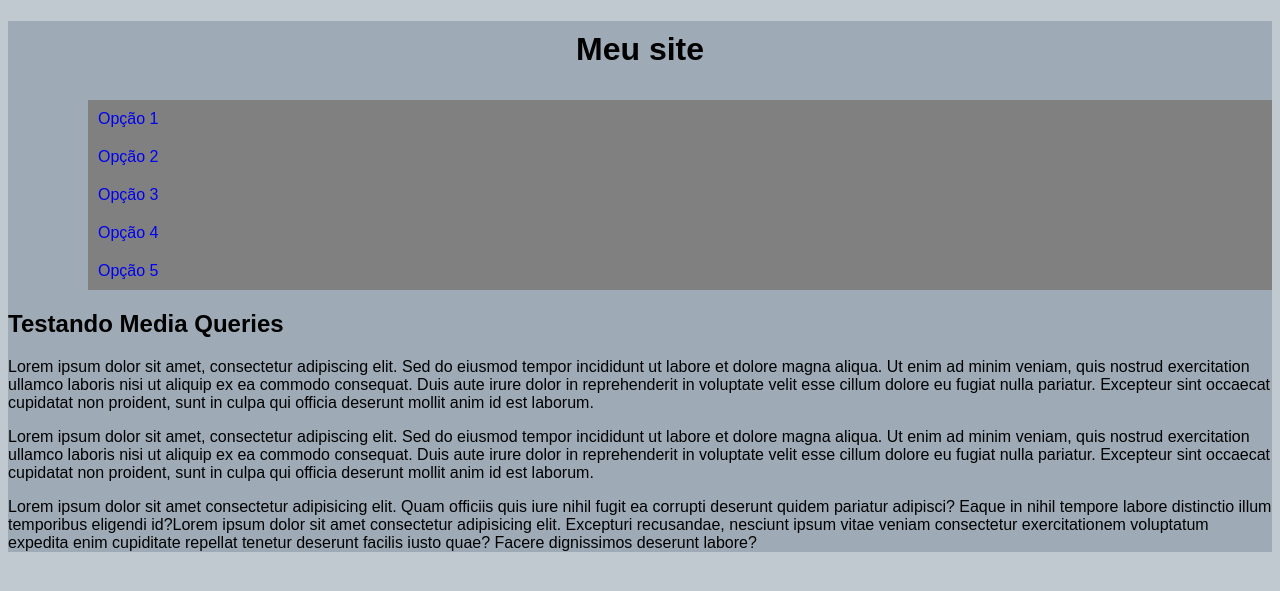
Repository: Sandro1969-tech/menu-hamburger
Page: index.html
An editor plug-in stored every save of this project. The page is shown before and after a run of saves, followed by the edit.
The browser window is 1280 px wide. The pictures show the whole page.

Above is the page before, as saved 2025-12-25 18:06:19.

### index.html
<!DOCTYPE html>
<html lang="pt-br">
<head>
    <meta charset="UTF-8">
    <meta name="viewport" content="width=device-width, initial-scale=1.0">
    <title>Media Queries</title>
    <link rel="stylesheet" href="style.css">
</head>
<body>
  <header>
    <main>
            <h1>Meu site</h1>
            <menu>
                <ul>
                    <li><a href="#">Opção 1</a></li>
                    <li><a href="#">Opção 2</a></li>
                    <li><a href="#">Opção 3</a></li>
                    <li><a href="#">Opção 4</a></li>
                    <li><a href="#">Opção 5</a></li>
                </ul>
            </menu>
                <article>
                    <h2>Testando Media Queries</h2>
                    <p>Lorem ipsum dolor sit amet, consectetur adipiscing elit. Sed do eiusmod tempor incididunt ut labore et dolore magna aliqua. Ut enim ad minim veniam, quis nostrud exercitation ullamco laboris nisi ut aliquip ex ea commodo consequat. Duis aute irure dolor in reprehenderit in voluptate velit esse cillum dolore eu fugiat nulla pariatur. Excepteur sint occaecat cupidatat non proident, sunt in culpa qui officia deserunt mollit anim id est laborum.</p>
                    <p>Lorem ipsum dolor sit amet, consectetur adipiscing elit. Sed do eiusmod tempor incididunt ut labore et dolore magna aliqua. Ut enim ad minim veniam, quis nostrud exercitation ullamco laboris nisi ut aliquip ex ea commodo consequat. Duis aute irure dolor in reprehenderit in voluptate velit esse cillum dolore eu fugiat nulla pariatur. Excepteur sint occaecat cupidatat non proident, sunt in culpa qui officia deserunt mollit anim id est laborum.</p>
                    <p> Lorem ipsum dolor sit amet consectetur adipisicing elit. Quam officiis quis iure nihil fugit ea corrupti deserunt quidem pariatur adipisci? Eaque in nihil tempore labore distinctio illum temporibus eligendi id?Lorem ipsum dolor sit amet consectetur adipisicing elit. Excepturi recusandae, nesciunt ipsum vitae veniam consectetur exercitationem voluptatum expedita enim cupiditate repellat tenetur deserunt facilis iusto quae? Facere dignissimos deserunt labore?</p>
                </article>
    </main>
  </header>
</body>
</html>

### style.css
@charset "UTF-8";

* {
    font-family: Arial, Helvetica, sans-serif;
}

body {
    background-color:
    rgba(119, 136, 153, 0.459);
}
header {
    background-color:rgba(119, 136, 153, 0.459);
;
}

h1 {
padding: 10px;
text-align: center;
}

menu {
    display: block;
}
menu > ul {
    list-style-type: none;
}
menu a {
    display: block;
    padding: 10px;
    text-decoration: none;
    background-color: grey;
}

After the next 4 saves:
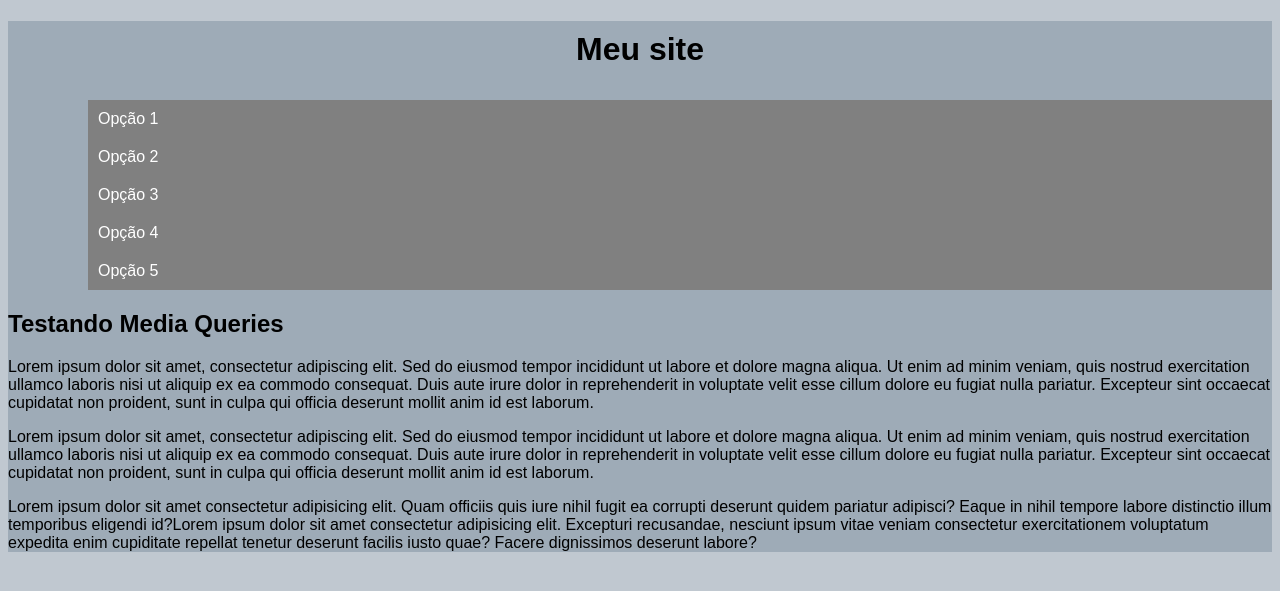
The 4 saves are shown as one change because they came seconds apart.
The last was saved 33 s later.
--- a/style.css
+++ b/style.css
@@ -29,4 +29,5 @@ menu a {
     padding: 10px;
     text-decoration: none;
     background-color: grey;
+    color: white;
 }
